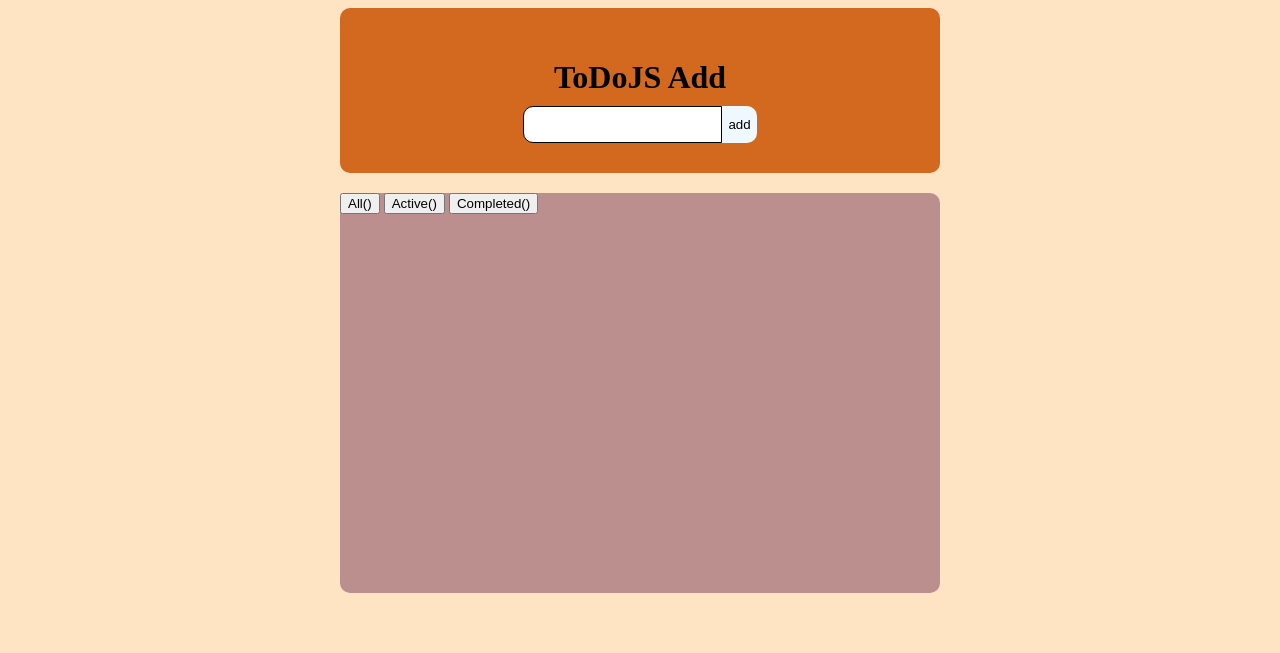
Repository: Savich01/ToDo
Page: index.html
The author's editor kept a copy of each file at every save. The page is drawn from the files as they stood at one save, then again after the next save.
The browser window is 1280 px wide. The pictures show the whole page.

Above is the page before, as saved 2024-05-03 14:29:54.

### index.html
<!DOCTYPE html>
<html lang="en">
<head>
    <meta charset="UTF-8">
    <meta name="viewport" content="width=device-width, initial-scale=1.0">
    <link rel="stylesheet" href="css/style.css">
    <title>ToDO</title>
</head>
<body>
    <header class="header">
        <div class="header-block">
            <div class="header-block__sub">
                <h1 class="title">ToDoJS Add</h1>
                <form class="personal" action="#">
                    <input type="text" class="personal-input">
                    <button class="personal-btn">add</button>
                </form>
            </div>
        </div>
    </header>
     <main class="main">
        <div class="container">
            <div class="button">
            <button class="button-btn1">All()</button>
            <button class="button-btn2">Active()</button>
            <button class="button-btn3">Completed()</button>
            </div>
        </div>
     </main>
        <script src="js/script.js"></script>
</body>
</html>

### css/style.css
/*------------HEADER-------------------------------------*/

body {
    max-width: 100%;
    background: #FFE4C4;
}
.header {
    margin-bottom: 20px;
}
.header-block {
    max-width: 600px;
    margin: 0 auto;
    background: #D2691E;
    border-radius: 10px;
}
 .header-block__sub {
    display: flex;
    flex-direction: column;
    justify-content: center;
    align-items: center;
    padding: 30px 0px;
 }

 .title {
    margin-bottom: 10px;
 }

 .personal {
    display: flex;
    justify-content: center;
 }

 .personal-input{
    padding: 10px;
    border: 1px solid #000;
    border-radius: 10px 0px 0px 10px;
 }
.personal-btn {
    border: none;
    background-color: aliceblue;
    border-radius: 0px 10px 10px 0px;
    cursor: pointer;
}
/*------------------MAIN-------------------------------------*/

.container {
   max-width: 600px;
   margin: 0 auto;
   background: #BC8F8F;
   height: 400px;
   border-radius: 10px;
}

/*------------------FOOTER--------------------------------------------------*/

Loaded but not shown: js/script.js (no copy from this time; the picture is the same without it)

After the next save:
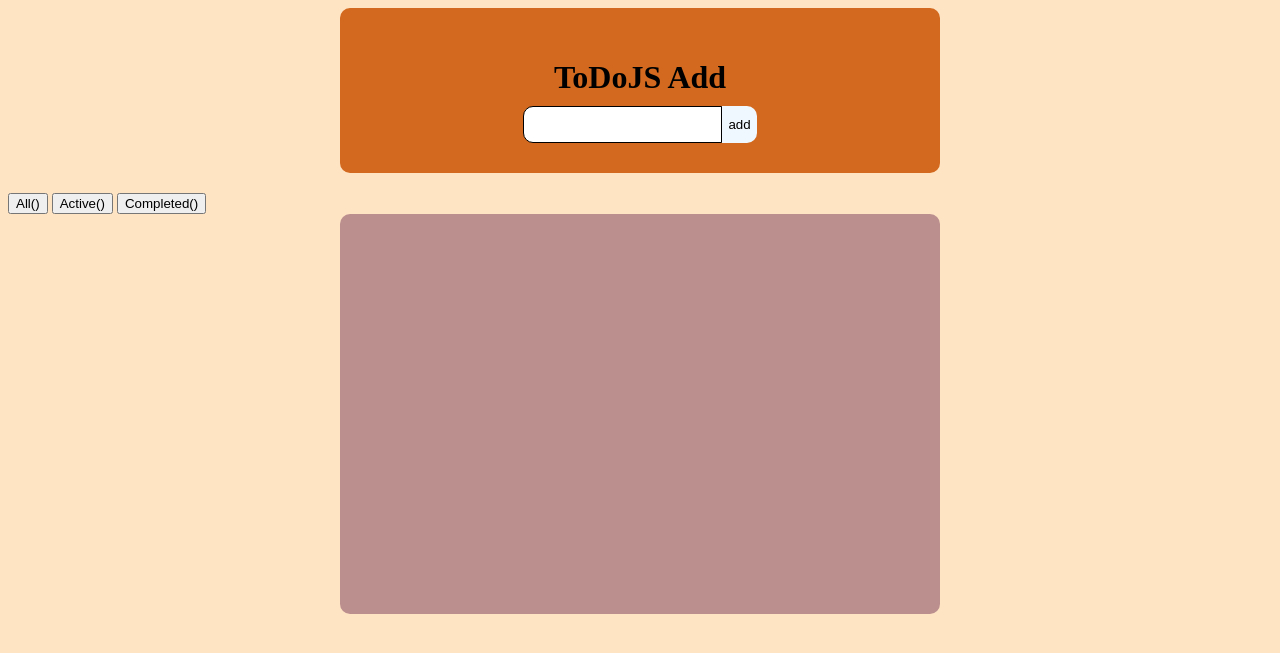
Saved 4 min 56 s later.
--- a/index.html
+++ b/index.html
@@ -19,12 +19,19 @@
         </div>
     </header>
      <main class="main">
+        <div class="main-block">
+            <div class="main-container">
+
+            </div>
+            <div class="main-button">
+                <button class="main-btn1">All()</button>
+                <button class="main-btn2">Active()</button>
+                <button class="main-btn3">Completed()</button>
+            </div>
+            </div>
+        </div>
         <div class="container">
-            <div class="button">
-            <button class="button-btn1">All()</button>
-            <button class="button-btn2">Active()</button>
-            <button class="button-btn3">Completed()</button>
-            </div>
+
         </div>
      </main>
         <script src="js/script.js"></script>
